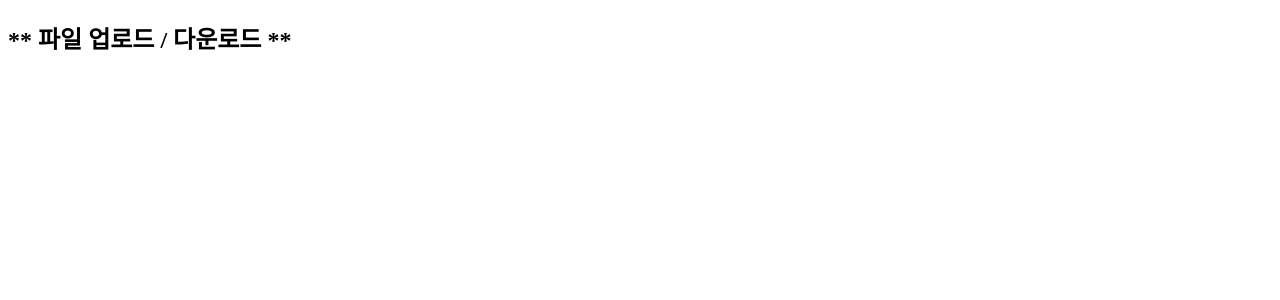
Repository: offbr/Spring
Page: http://localhost/spring_mvc22_file/upload
These files come from the project's save history. The page is drawn as it stood at one moment and after the next save; the edit follows.
The browser window is 1280 px wide. The pictures show the whole page.
The page is served by Tomcat 9. Other server files are loaded and not shown.

Above is the page before, as saved 2016-10-18 00:58:34.

### spring_mvc22_file/src/main/webapp/WEB-INF/view/uploadform.jsp
<%@ page language="java" contentType="text/html; charset=UTF-8"
    pageEncoding="UTF-8"%>
<!DOCTYPE html>
<html>
<head>
<meta http-equiv="Content-Type" content="text/html; charset=UTF-8">
<title>Insert title here</title>
</head>
<body>
<h2>** 파일 업로드 / 다운로드 **</h2>
</body>
</html>

After the next save:
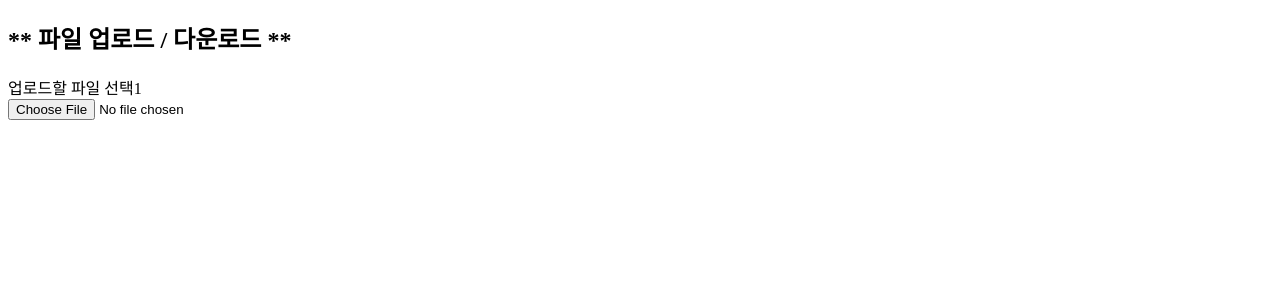
Saved 4 min 1 s later.
--- a/spring_mvc22_file/src/main/webapp/WEB-INF/view/uploadform.jsp
+++ b/spring_mvc22_file/src/main/webapp/WEB-INF/view/uploadform.jsp
@@ -1,5 +1,6 @@
 <%@ page language="java" contentType="text/html; charset=UTF-8"
     pageEncoding="UTF-8"%>
+<%@ taglib prefix="form" uri="http://www.springframework.org/tags/form" %>
 <!DOCTYPE html>
 <html>
 <head>
@@ -8,5 +9,7 @@
 </head>
 <body>
 <h2>** 파일 업로드 / 다운로드 **</h2>
+업로드할 파일 선택1<br>
+<input type="file" name="file">
 </body>
 </html>
